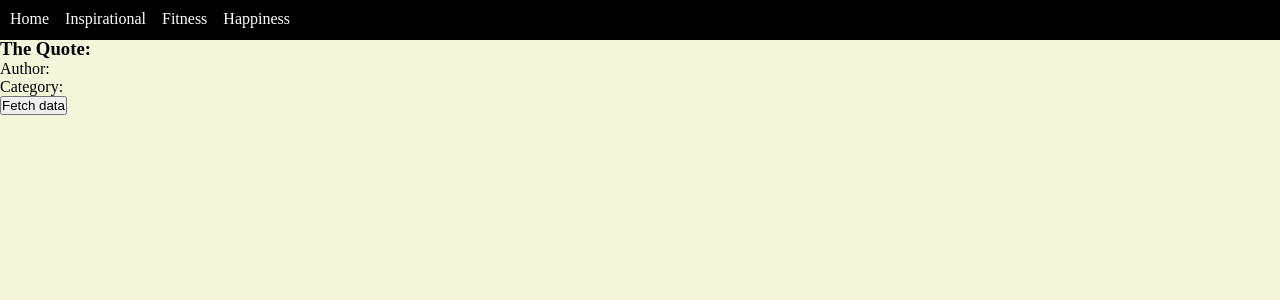
Repository: suraj-yadav7/quotes
Page: /happiness
An editor plug-in stored every save of this project. The page is shown before and after the next save, followed by the edit.
The browser window is 1280 px wide. The pictures show the whole page.
The project was rebuilt for these pictures with package versions that can differ from the ones it lists, and the page was loaded fresh each time. Also part of the build but not shown: vite.config.js, src/App.css.

Above is the page before, as saved 2023-05-28 12:54:34.

After the next save:
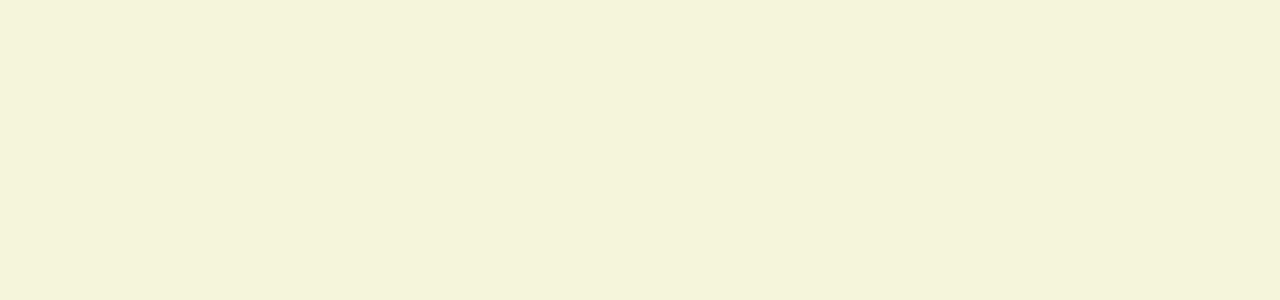
Console error: TypeError: Cannot read properties of undefined (reading 'quotes')
Saved 59 s later.
--- a/src/components/Home.jsx
+++ b/src/components/Home.jsx
@@ -18,7 +18,7 @@
                 <li>Happiness</li>
             </ul>
         </nav>
-        <h3>The Quote: {fetchData.quote}</h3>
+        <h3>The Quote: {fetchData[0].quotes}</h3>
         <p>Author: {fetchData.author}</p>
         <p>Category: {fetchData.category}</p>
         <button onClick={()=>dispatch(fetchQuotes())}>Fetch data</button>

After the 5 saves that followed:
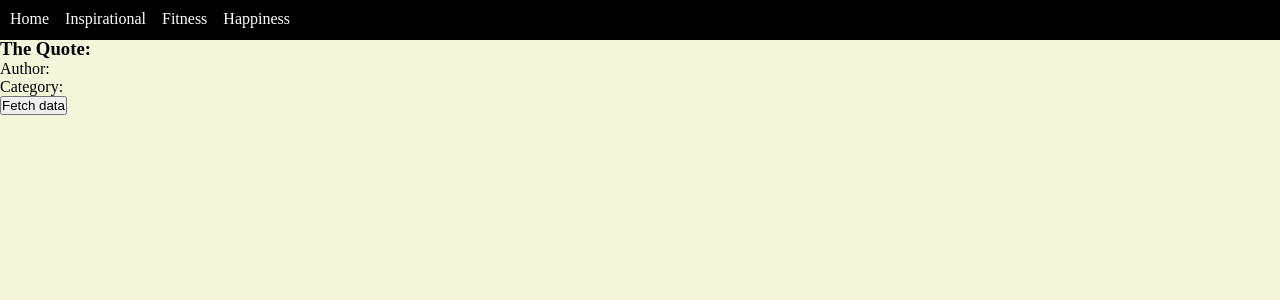
The error is gone.
The 5 saves are shown as one change because 4 left the picture as it was.
The last was saved 99 s later.
--- a/src/components/Home.jsx
+++ b/src/components/Home.jsx
@@ -18,7 +18,7 @@
                 <li>Happiness</li>
             </ul>
         </nav>
-        <h3>The Quote: {fetchData[0].quotes}</h3>
+        <h3>The Quote: {fetchData.quote}</h3>
         <p>Author: {fetchData.author}</p>
         <p>Category: {fetchData.category}</p>
         <button onClick={()=>dispatch(fetchQuotes())}>Fetch data</button>
